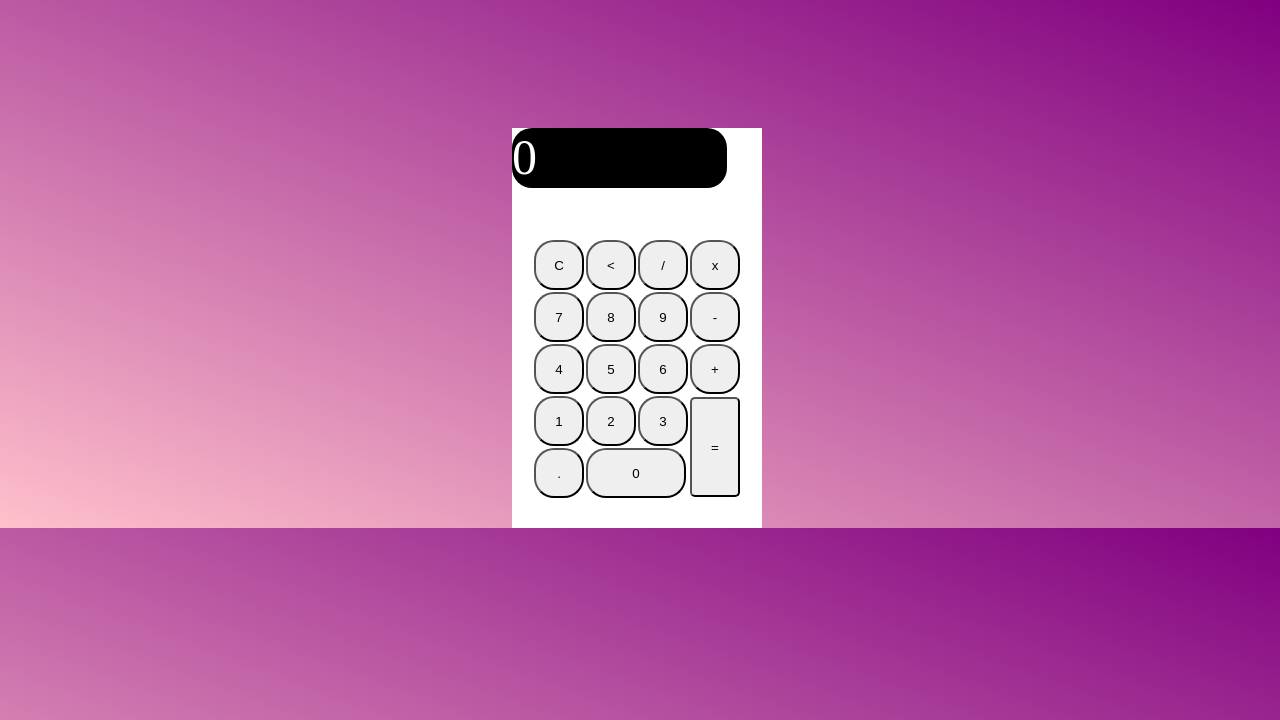
Repository: mariele-huff/calculadora
Page: index.html
These files come from the project's save history. The page is drawn as it stood at one moment and after the next save; the edit follows.
The browser window is 1280 px wide. The pictures show the whole page.

Above is the page before, as saved 2022-08-12 19:11:22.

After the next save:
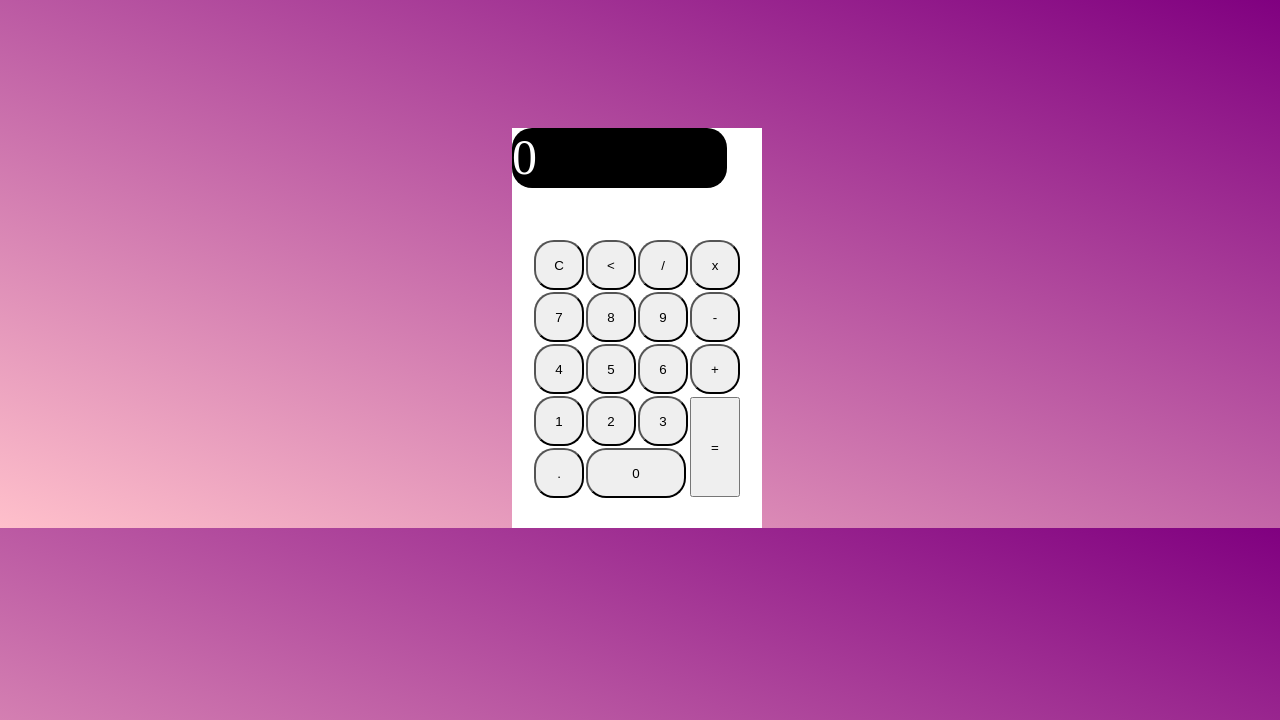
Saved 16 s later.
--- a/style.css
+++ b/style.css
@@ -36,7 +36,7 @@
 
     height:100px;
     width: 50px;
-    border-radius: 5px;
+
 
 }
 #resultado {

After the save that followed:
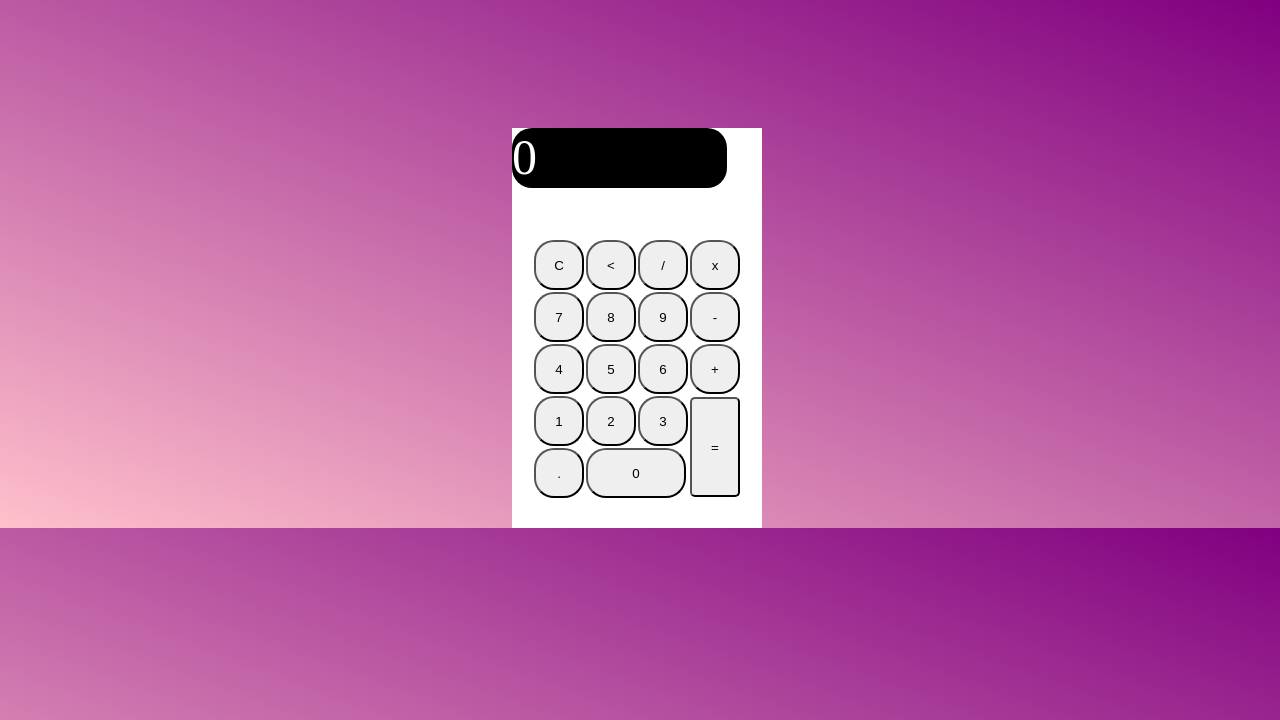
Saved 9 s later.
--- a/style.css
+++ b/style.css
@@ -36,7 +36,7 @@
 
     height:100px;
     width: 50px;
-
+    border-radius: 5px;
 
 }
 #resultado {
